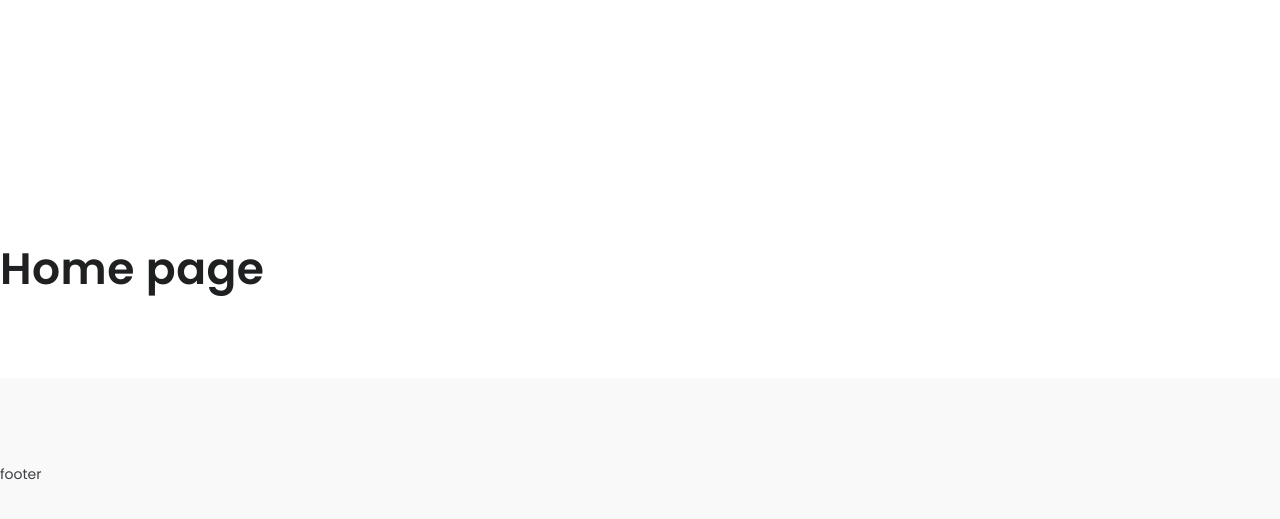
Repository: gavinj1999/burblings
Page: http://localhost/
An editor plug-in stored every save of this project. The page is shown before and after the next save, followed by the edit.
The browser window is 1280 px wide. The pictures show the whole page.
The page is served by the project's Laravel application, run on PHP 8.4 with Laravel 10. Other server files are loaded and not shown.

Above is the page before, as saved 2023-09-26 20:16:08.

### routes/web.php
<?php

use Illuminate\Support\Facades\Route;

/*
|--------------------------------------------------------------------------
| Web Routes
|--------------------------------------------------------------------------
|
| Here is where you can register web routes for your application. These
| routes are loaded by the RouteServiceProvider and all of them will
| be assigned to the "web" middleware group. Make something great!
|
*/

Route::get('/', [App\Http\Controllers\HomeController::class,'index'])->name('home');

### resources/views/home/index.blade.php
@extends('app.wrapper')
@section('content')
<h1>Home page</h1>
@endsection

### resources/views/app/wrapper.blade.php
<!DOCTYPE html>
<html lang="en">
    <head>
        <meta name="viewport" content="width=device-width, initial-scale=1" />
        <meta http-equiv="content-type" content="text/html; charset=utf-8" />
        <meta name="author" content="INSPIRO" />
        <meta name="description" content="Themeforest Template Polo, html template">
        <link rel="icon" type="image/png" href="images/favicon.png">
        <meta http-equiv="X-UA-Compatible" content="IE=edge">
        <!-- Document title -->
        <title>Squiggly Squiggles</title>
        <!-- Stylesheets & Fonts -->
        <script defer src="https://unpkg.com/alpinejs@3.x.x/dist/cdn.min.js"></script>
        <link href="/css/plugins.css" rel="stylesheet">
        <link href="/css/style.css" rel="stylesheet">
    </head>

    <body>

        <!-- Body Inner -->
        <div class="body-inner">
    <section id="header">
        <livewire:app.top-bar/>
        <livewire:app.header/>
    </section>
    <section id="body">
        @yield('content')
    </section>
    <section id="footer">
        footer
    </section>
        </div>
</body>
</html>

Loaded but not shown: app/Http/Controllers/HomeController.php (common file); app/Http/Controllers/Controller.php (common file); public/css/plugins.css (library); public/css/style.css (library)

After the next save:
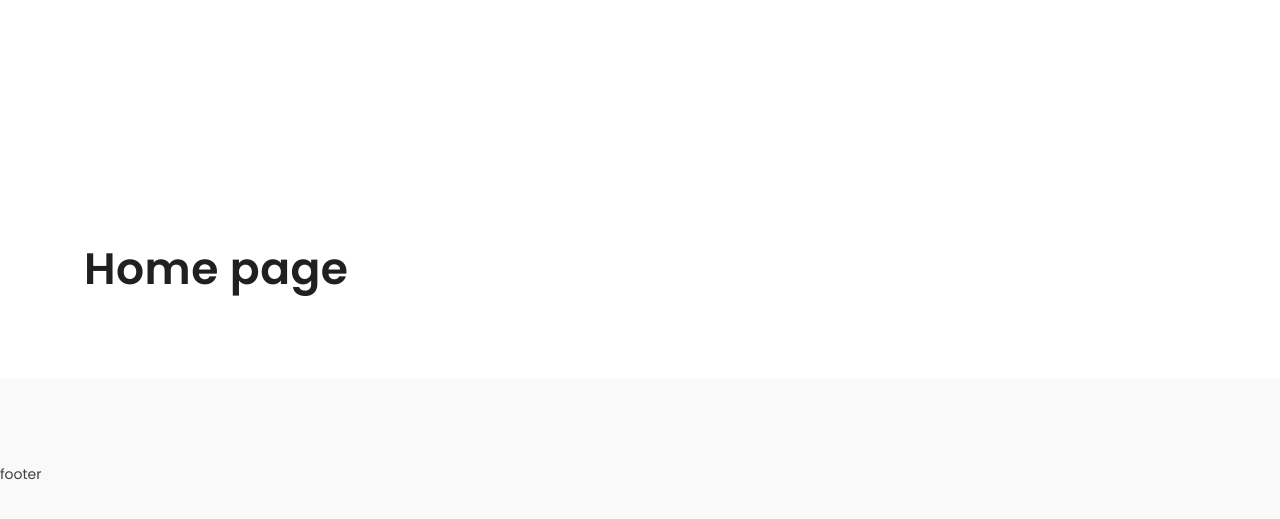
Saved 69 s later.
--- a/resources/views/home/index.blade.php
+++ b/resources/views/home/index.blade.php
@@ -1,4 +1,7 @@
 @extends('app.wrapper')
 @section('content')
-<h1>Home page</h1>
+<div class="container">
+  <h1>Home page</h1>
+</div>
+
 @endsection
